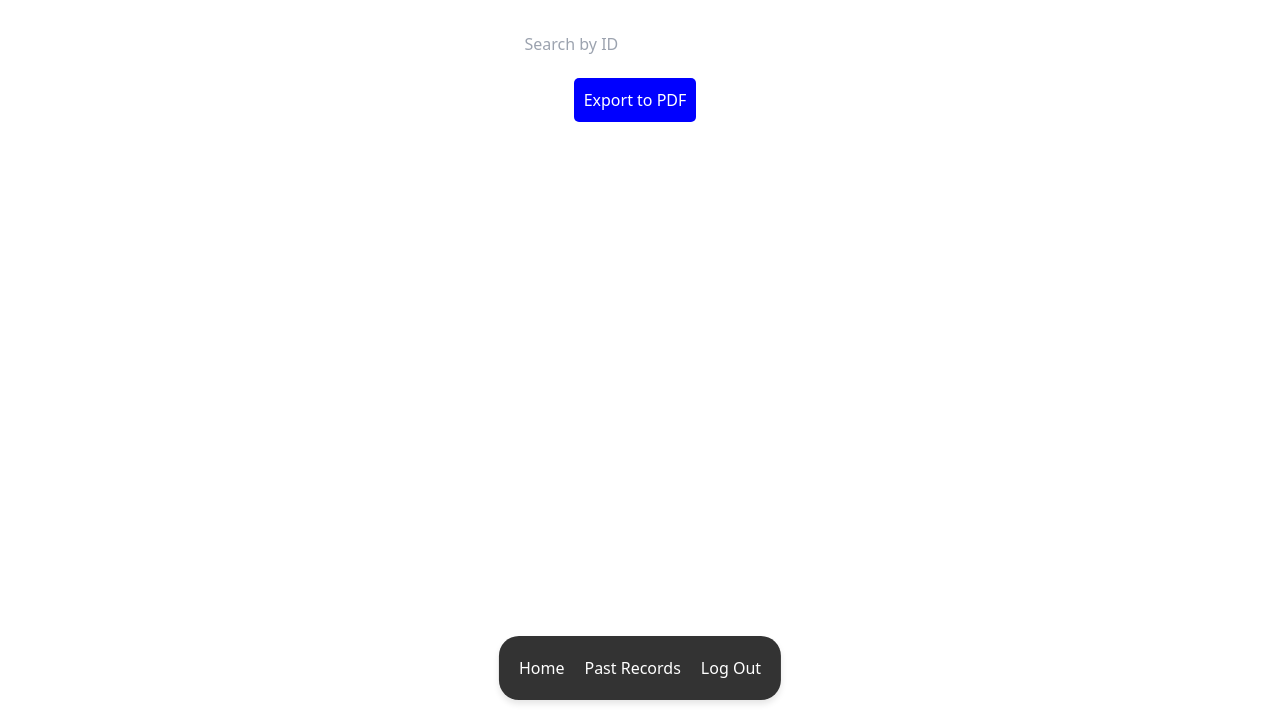
Repository: shash0708/GMR-Lines
Page: /past-records (app in frontend/)
These files come from the project's save history. The page is drawn as it stood at one moment and after a run of saves; the edit follows.
The browser window is 1280 px wide. The pictures show the whole page.
The page's requests for data from a server got no answer. The project was rebuilt for these pictures with package versions that can differ from the ones it lists, and the page was loaded fresh each time. No one was signed in, and anything a server would have sent is missing. Also part of the build but not shown: frontend/src/components/Buttons/Buttons.component.jsx, frontend/src/components/Home/Home.component.jsx, frontend/src/components/Form/Form.css, frontend/src/components/speedDail/SpeedDail.component.jsx, frontend/src/components/Form/Form.component.jsx, frontend/src/components/Card/Card.jsx, frontend/src/components/Data/DataCard.jsx, frontend/src/components/Data/Data.component.jsx and 3 more.

Above is the page before, as saved 2024-09-08 23:07:37.

After the next 2 saves:
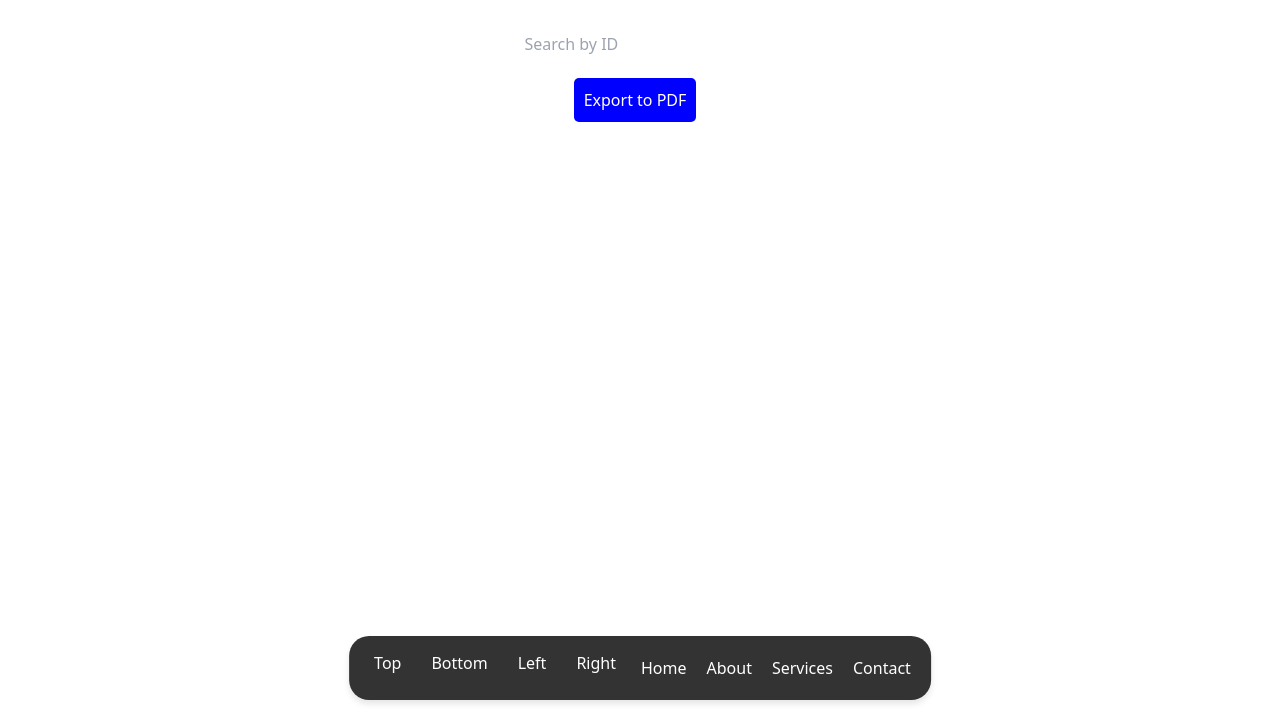
The 2 saves are shown as one change because 1 did not build or start.
The last was saved 110 s later.
--- a/frontend/src/components/Header/Header.component.jsx
+++ b/frontend/src/components/Header/Header.component.jsx
@@ -1,25 +1,42 @@
-import React, { useState } from 'react';
-import './Navbar.css'; // Import your CSS file
+import React, { useEffect, useState } from 'react';
+import './Navbar.css';
 
 const Navbar = () => {
-  const [dockPosition, setDockPosition] = useState('top');
+  const [showNavbar, setShowNavbar] = useState(true);
+  let lastScrollTop = 0;
 
-  const handleDockChange = (position) => {
-    setDockPosition(position);
+  const handleScroll = () => {
+    const currentScrollTop = window.pageYOffset || document.documentElement.scrollTop;
+
+    if (currentScrollTop > lastScrollTop) {
+      // Scrolling down
+      setShowNavbar(false);
+    } else {
+      // Scrolling up
+      setShowNavbar(true);
+    }
+
+    lastScrollTop = currentScrollTop <= 0 ? 0 : currentScrollTop; // For Mobile or negative scrolling
   };
 
+  useEffect(() => {
+    window.addEventListener('scroll', handleScroll);
+    return () => window.removeEventListener('scroll', handleScroll);
+  }, []);
+
   return (
-    <div className={`navbar ${dockPosition}`}>
-      {/* <div className="navbar-content">
-        <button onClick={() => handleDockChange('top')}>Top</button>
-        <button onClick={() => handleDockChange('bottom')}>Bottom</button>
-        <button onClick={() => handleDockChange('left')}>Left</button>
-        <button onClick={() => handleDockChange('right')}>Right</button>
-      </div> */}
+    <div className={`navbar ${showNavbar ? 'show' : 'hide'}`}>
+      <div className="navbar-content">
+        <button>Top</button>
+        <button>Bottom</button>
+        <button>Left</button>
+        <button>Right</button>
+      </div>
       <div className="navbar-items">
         <a href="#home">Home</a>
-        <a href="#about">Past Records</a>
-        <a href="#services">Log Out</a>
+        <a href="#about">About</a>
+        <a href="#services">Services</a>
+        <a href="#contact">Contact</a>
       </div>
     </div>
   );
